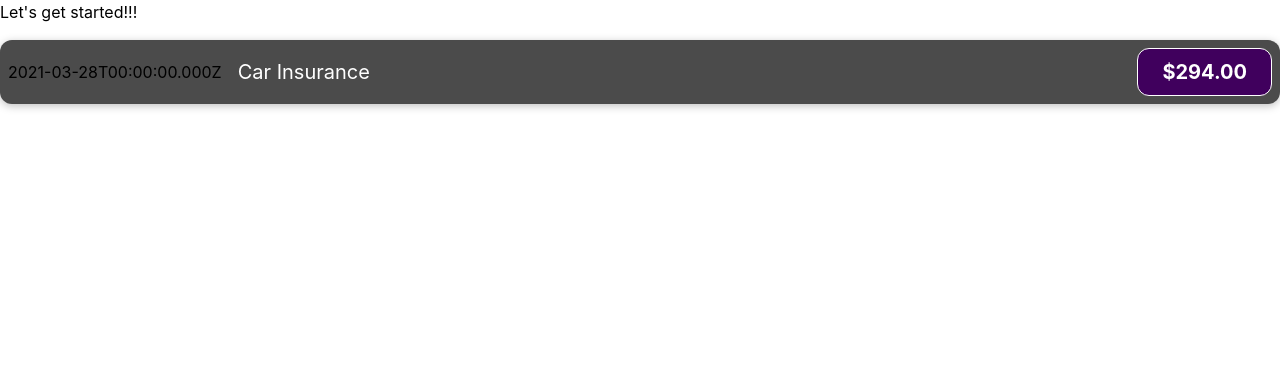
Repository: Sef24/expense-tracker
Page: /
The author's editor kept a copy of each file at every save. The page is drawn from the files as they stood at one save, then again after the next save.
The browser window is 1280 px wide. The pictures show the whole page.
The project was rebuilt for these pictures with package versions that can differ from the ones it lists, and the page was loaded fresh each time.

Above is the page before, as saved 2022-04-21 20:15:02.

After the next save:
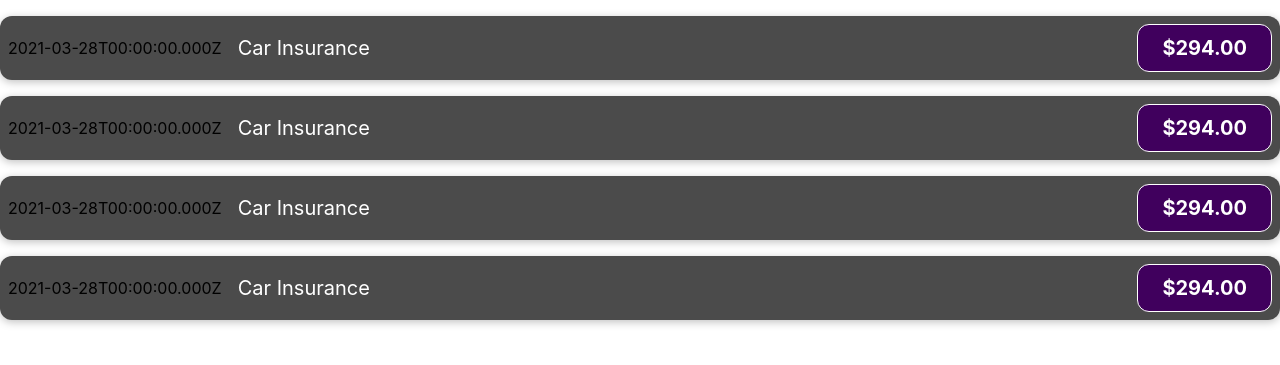
Saved 43 min 12 s later.
--- a/src/App.js
+++ b/src/App.js
@@ -1,9 +1,33 @@
 import ExpenseItem from "./components/ExpenseItem";
 
 function App() {
+  const expenses = [
+    {
+      id: 'e1',
+      title: 'Toilet Paper',
+      amount: 94.12,
+      date: new Date(2020, 7, 14),
+    },
+    { id: 'e2', title: 'New TV', amount: 799.49, date: new Date(2021, 2, 12) },
+    {
+      id: 'e3',
+      title: 'Car Insurance',
+      amount: 294.67,
+      date: new Date(2021, 2, 28),
+    },
+    {
+      id: 'e4',
+      title: 'New Desk (Wooden)',
+      amount: 450,
+      date: new Date(2021, 5, 12),
+    },
+  ];
   return (
     <div>
-      <h2>Let's get started!!!</h2>
+      <h2></h2>
+      <ExpenseItem />
+      <ExpenseItem />
+      <ExpenseItem />
       <ExpenseItem />
     </div>
 
